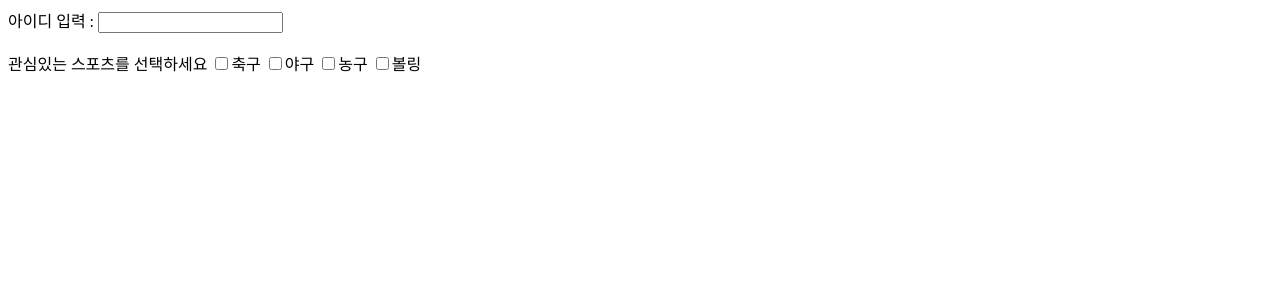
Repository: ajtwls1256/Web-workspace
Page: Day55-jspTag/WebContent/EL/param.html
An editor plug-in stored every save of this project. The page is shown before and after the next save, followed by the edit.
The browser window is 1280 px wide. The pictures show the whole page.

Above is the page before, as saved 2019-10-14 02:53:45.

After the next save:
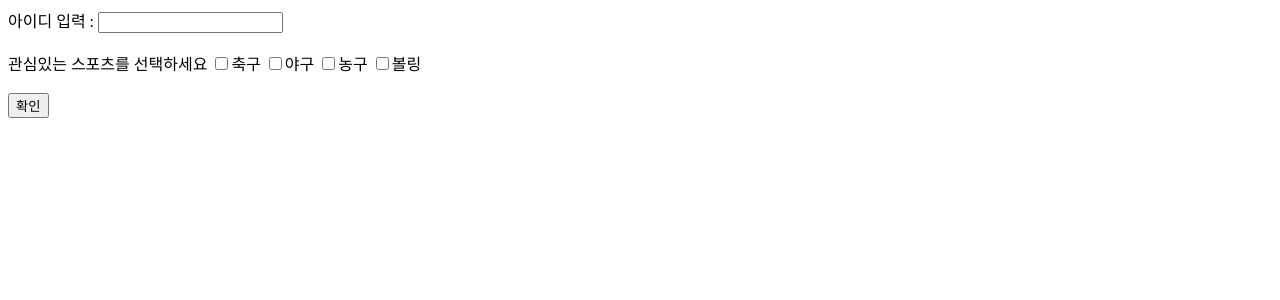
Saved 22 s later.
--- a/Day55-jspTag/WebContent/EL/param.html
+++ b/Day55-jspTag/WebContent/EL/param.html
@@ -13,6 +13,8 @@
 		<input type="checkbox" name="sports" value="축구">야구
 		<input type="checkbox" name="sports" value="축구">농구
 		<input type="checkbox" name="sports" value="볼링">볼링
+		<br><br>
+		<input type="submit" value="확인">
 	</form>
 </body>
 </html>
